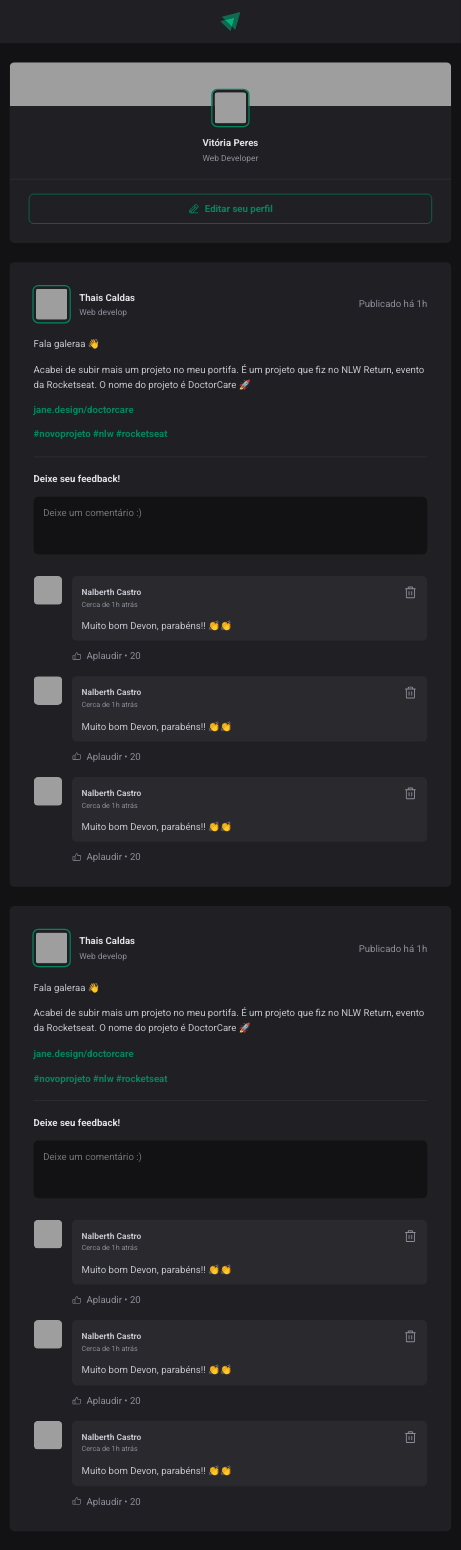
Repository: vndp/React_project-ignite
Page: /
An editor plug-in stored every save of this project. The page is shown before and after the next save, followed by the edit.
The browser window is 768 px wide. The pictures show the whole page, at 60% of full size.
Pictures or frames that could not be fetched are drawn as grey boxes. The project was rebuilt for these pictures with package versions that can differ from the ones it lists, and the page was loaded fresh each time. Also part of the build but not shown: vite.config.js.

Above is the page before, as saved 2023-07-27 22:23:44.

### index.html
<!DOCTYPE html>
<html lang="en">
  <head>
    <meta charset="UTF-8" />

    <link rel="preconnect" href="https://fonts.googleapis.com"/>
    <link rel="preconnect" href="https://fonts.gstatic.com" crossorigin/>


    <link rel="icon" type="image/svg+xml" href="/vite.svg" />
    <meta name="viewport" content="width=device-width, initial-scale=1.0" />

    <link href="https://fonts.googleapis.com/css2?family=Roboto:wght@400;700&display=swap" rel="stylesheet"/>

    <title>Vite App</title>

  </head>
  <body>
    <div id="root"></div>
    <script type="module" src="/src/main.jsx"></script>
  </body>
</html>

### src/main.jsx
import React from 'react'
import ReactDOM from 'react-dom/client'
import { App } from './App.jsx'


ReactDOM.createRoot(document.getElementById('root')).render(
  <React.StrictMode>
    <App />
  </React.StrictMode>
)

### src/App.jsx
import { Post } from "./components/Post";
import { Header } from "./components/Header";
import { Sidebar } from "./components/Sidebar";

import styles from "./App.module.css";

import "./global.css";

export function App() {
  return (
    <div>
      <Header />

      <div className={styles.wrapper}>
        <Sidebar />
        <main>
          <Post
            author="Vitória Peres"
            content="Contrary to popular belief, Lorem Ipsum is not simply "
          />
          <Post
            author="Thais Caldas"
            content="Uiii Post legal!"
          />
        </main>
      </div>
    </div>
  );
}

### src/components/Post.jsx
import { Avatar } from './Avatar'
import { Comment } from './Comment'

import styles from './Post.module.css'

export function Post() {
    return (
        <article className={styles.post}>

            <header>
                <div className={styles.author}>
                    <Avatar src="https://github.com/thaiscaldas.png" />
                    <div className={styles.authorInfo}>
                        <strong>Thais Caldas</strong>
                        <span>Web develop</span>
                    </div>
                </div>
                <time title="11 de Maio ás 08:13h" dateTime="24-07-23 10:34:00">Publicado há 1h</time>
            </header>
            <div className={styles.content}>
                <p>Fala galeraa 👋</p>

                <p>Acabei de subir mais um projeto no meu portifa. É um projeto que fiz no NLW Return, evento da Rocketseat. O nome do projeto é DoctorCare 🚀</p>

                <p> <a href="">jane.design/doctorcare</a></p>

                <p>
                    <a href="">#novoprojeto</a>{' '}
                    <a href=""> #nlw </a>{' '}
                    <a href="">#rocketseat</a>{' '}
                </p>
            </div>

            <form className={styles.commentForm}>
                <strong>Deixe seu feedback!</strong>

                <textarea
                    placeholder="Deixe um comentário :)"
                />

                <footer>

                    <button type="submit">Publicar</button>
                </footer>
                 </form>

            <div className={styles.commentList}>
                <Comment />
                <Comment />
                <Comment />


            </div>
        </article>
    )
}

### src/components/Header.jsx
 import styles from './header.module.css'

 import IgniteLogo from "../assets/ignite_logo.svg";


export function Header(){
    return (
        <header className={styles.header}>
            <img src={IgniteLogo} />

        </header>

        );
}

### src/components/Sidebar.jsx

import { PencilLine} from '@phosphor-icons/react'
import styles from './Sidebar.module.css';
import { Avatar } from './Avatar';

export function Sidebar() {
    return (
        <aside className={styles.sidebar} >
            <img
                className={styles.cover} src="https://images.unsplash.com/photo-1601645191163-3fc0d5d64e35?ixlib=rb-4.0.3&ixid=M3wxMjA3fDB8MHxwaG90by1wYWdlfHx8fGVufDB8fHx8fA%3D%3D&auto=format&fit=crop&w=300&q=50"
            />

            <div className={styles.profile}>
               <Avatar src="http://github.com/vndp.png" />

                <strong>Vitória Peres</strong>
                <span>Web Developer</span>
            </div>

            <footer>
                <a href="#">
                   <PencilLine size={20}/>
                 Editar seu perfil
                </a>
            </footer>
        </aside>
    );
}

### src/App.module.css
.wrapper {
    max-width: 70rem;
    margin: 2rem auto;
    padding: 0 1rem;

    display: grid;
    grid-template-columns: 256px 1fr;
    gap: 2rem;
    align-items: flex-start;
}

@media (max-width: 768px){
    .wrapper{
        grid-template-columns: 1fr;
    }
}

### src/global.css
:root{
    --white: #ffffff;
    --gray-100: #e1e1e6;
    --gray-300: #c4c4cc;
    --gray-400:#8d8d99 ;
    --gray-600: #323238;
    --gray-700: #29292e;
    --gray-800: #202024;
    --gray-900: #121214;

    --green-300: #00B37E;
    --green-500: #00875f;


    --red-500: #F75A68;
}

:focus{
    outline: transparent;
    box-shadow:  0 0 0 2px var(--green-500);
}


*{
    margin: 0;
    padding: 0;
    box-sizing: border-box;


}

body{
    background: var(--gray-900);
    color: var(--gray-300);
    -webkit-font-smoothing: antialiased;

}

body, input, textarea,button {
    font-family: 'roboto', sans-serif;
    font-weight: 400;
    font-size: 1rem;
}

### src/components/Avatar.jsx
import styles from "./Avatar.module.css";

export function Avatar(props) {
    const hasBorder = props.hasBorder != false;
    return (
        <img className={hasBorder ? styles.avatarWithBorder : styles.avatar}
            src={props.src}
        />
    );
}

### src/components/Comment.jsx
import { ThumbsUp, Trash } from '@phosphor-icons/react'
import styles from './Comment.module.css'
import { Avatar } from './Avatar'

export function Comment() {
    return (
        <div className={styles.comment}>
            <Avatar hasBorder={false} src="https://github.com/NalbertC.png" alt='' />

            <div className={styles.commentBox}>

                <div className={styles.commentContent}>
                    <header>
                        <div className={styles.authorAndTime}>
                            <strong>Nalberth Castro</strong>
                            <time title='11 de Maio ás 08:13h' dateTime='24-07-23 10:34:00'>Cerca de 1h atrás</time>
                        </div>

                        <button title='Deletar comentário'>
                            <Trash size={24} />

                        </button>
                    </header>

                    <p>Muito bom Devon, parabéns!! 👏👏</p>

                </div>

                <footer>

                    <button>

                        <ThumbsUp />
                        Aplaudir <span>20</span>

                    </button>

                </footer>
            </div>
        </div>
    )
}

### src/components/Post.module.css
.post {
    background: var(--gray-800);
    border-radius: 8px;
    padding: 2.5rem;
}

.post + .post {
    margin-top: 2rem;
}

.content {
    line-height: 1.6;
    color: var(--gray-300);
    margin-top: 1.5rem;
}

.content p {
    margin-top: 1rem;
}

.content a {
    font-weight: bold;
    color:var(--green-500);
    text-decoration: none;
}

.content a:hover{
color: var(--green-300);
}

.post > header {
    display: flex;
    align-items: center;
    justify-content: space-between;
}

.post > header time {
    display: 0.875rem;
    color: var(--gray-400);
}

.author {
    display:flex;
    align-items: center;
    gap: 1rem;
}


.authorInfo strong{
    display: block;
    color: var(--gray-100);
    line-height: 1.6
}

.authorInfo span{
    display: block;
    font-size: 0.875rem;
    color: var(--gray-400);
    line-height: 1.6;

}

.commentForm {
    width: 100%;
    margin-top: 1.5rem;
    padding-top: 1.5rem;
    border-top:1px solid var(--gray-600);
}

.commentForm > strong {
    line-height: 1.6;
    color:var(--gray-100);
}

.commentForm  textarea {
    width: 100%;
    background: var(--gray-900);
    border: 0;
    resize: none;
    height: 6rem;
    padding: 1rem;
    border-radius: 8px;
    color: var(--gray-100);
    line-height: 1.4;
    margin-top: 1rem;
}

.commentForm button[type=submit] {
     padding: 1rem 1.5rem;
     margin-top: 1rem;
     border-radius: 8px;
     border: 0;
     background: var(--green-500);
     color: var(--white);
     font-weight:bold;
     cursor: pointer;

     transition: background-color 0.1s;
}

.commentForm button[type=submit]:hover {
    background: var(--green-300);
}

.commentForm footer{
    visibility: hidden;
    max-height: 0;
}

.commentForm:focus-within footer {
    visibility: visible;
    max-height: none;
}

.commentList {
    margin-top: 2rem;
}

### src/components/header.module.css
.header{
    background: var(--gray-800);
    display: flex;
    justify-content: center;
    padding: 1.25rem 0;
}

.header img{
    height: 2rem;
}

### src/components/Sidebar.module.css
.sidebar {
    background: var(--gray-800);
    border-radius: 8px;
    overflow: hidden;
}

.cover {
    width: 100%;
    height: 72px;
    object-fit: cover;
}

.profile {
    display: flex;
    flex-direction: column;
    align-items: center;

    margin-top: calc(0px - 1.5rem - 6px);
}


.profile strong {
    margin-top: 1rem;
    color: var(--gray-100);
    line-height: 1.6;
}

.profile span {
    font-size: 0.875rem;
    line-height: 1.6;
    color: var(--gray-400);
}

.sidebar footer {
    border-top: 1px solid var(--gray-600);
    margin-top: 1.5rem;
    padding: 1.5rem 2rem 2rem;
}

.sidebar footer a {
    width: 100%;
    background: transparent;
    color: var(--green-500);
    border: 1px solid var(--green-500);
    border-radius: 8px;
    height: 50px;
    padding: 0 1.5rem;
    font-weight: bold;
    display: block;
    text-decoration: none;

    display: flex;
    align-items: center;
    justify-content: center;

    gap: 0.5rem;
    transition: color 0.2s, background-color 0.1s;
}
.sidebar footer a:hover {
    background: var(--green-500);
    color: var(--white);
}

### src/components/Comment.module.css
.comment {
    margin-top: 1.5rem;
    display: flex;
    gap: 1rem;
}

.comment > img {
    width: 3rem;
    height: 3rem;
    border-radius: 8px;
}

.commentBox {
    flex: 1;
}

.commentContent {
    background: var(--gray-700);
    border-radius: 8px;
    padding: 1rem;
}

.commentContent header {
    display: flex;
    align-items: flex-start;
    justify-content: space-between;
}

.authorAndTime strong {
    display: block;
    font-size: 0.875rem;
    line-height: 1.6;
}

.authorAndTime time {
    display: block;
    font-size: 0.75rem;
    line-height: 1.6;
    color: var(--gray-400);
}
.commentContent header button {
    background: transparent;
    border: 0;
    color: var(--gray-400);
    cursor: pointer;
    line-height: 0;
    border-radius: 2px;
}

.commentContent header button :hover{
    color: var(--red-500);
}

.commentContent p{
    margin-top: 1rem;
    color: var(--gray-300);
}

.commentBox footer {
    margin-top: 1rem;
}

.commentBox footer button {
    background: transparent;
    border: 0;
    color: var(--gray-400);
    cursor: pointer;

    display: flex;
    align-items: center;
}

.commentBox footer button:hover {
    color: var(--green-300);
}

.commentBox footer button svg {
    margin-right:0.5rem;
}

.commentBox footer button span::before {
    content: "\2022";
    padding: 0 0.25rem;
}

Loaded but not shown: src/components/Avatar.module.css (common file)

After the next save:
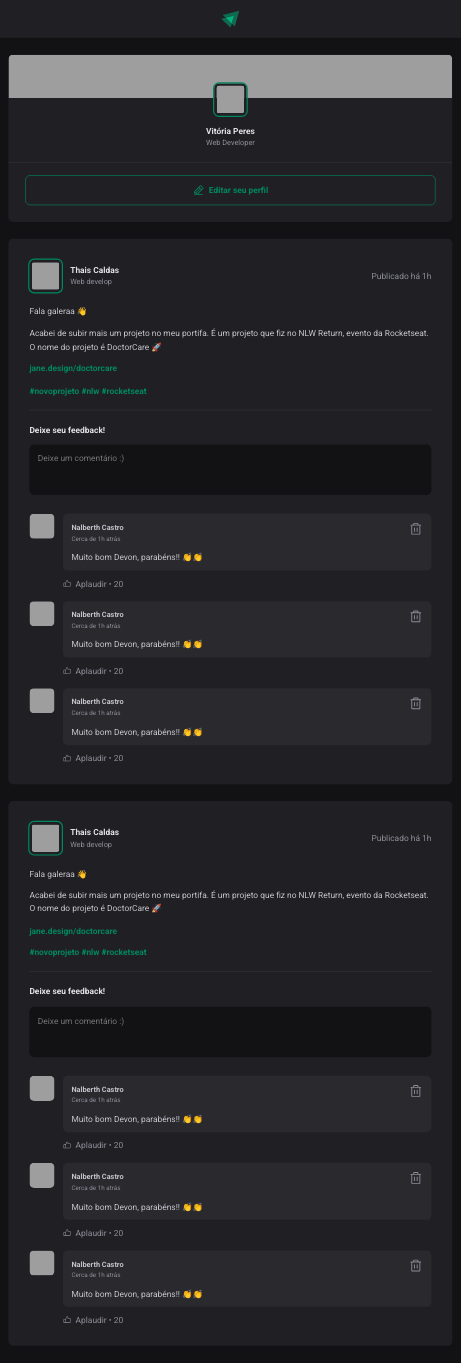
Saved 60 s later.
--- a/src/App.module.css
+++ b/src/App.module.css
@@ -10,6 +10,10 @@
 }
 
 @media (max-width: 768px){
+html {
+    font-size: 87.5%;
+}
+
     .wrapper{
         grid-template-columns: 1fr;
     }
